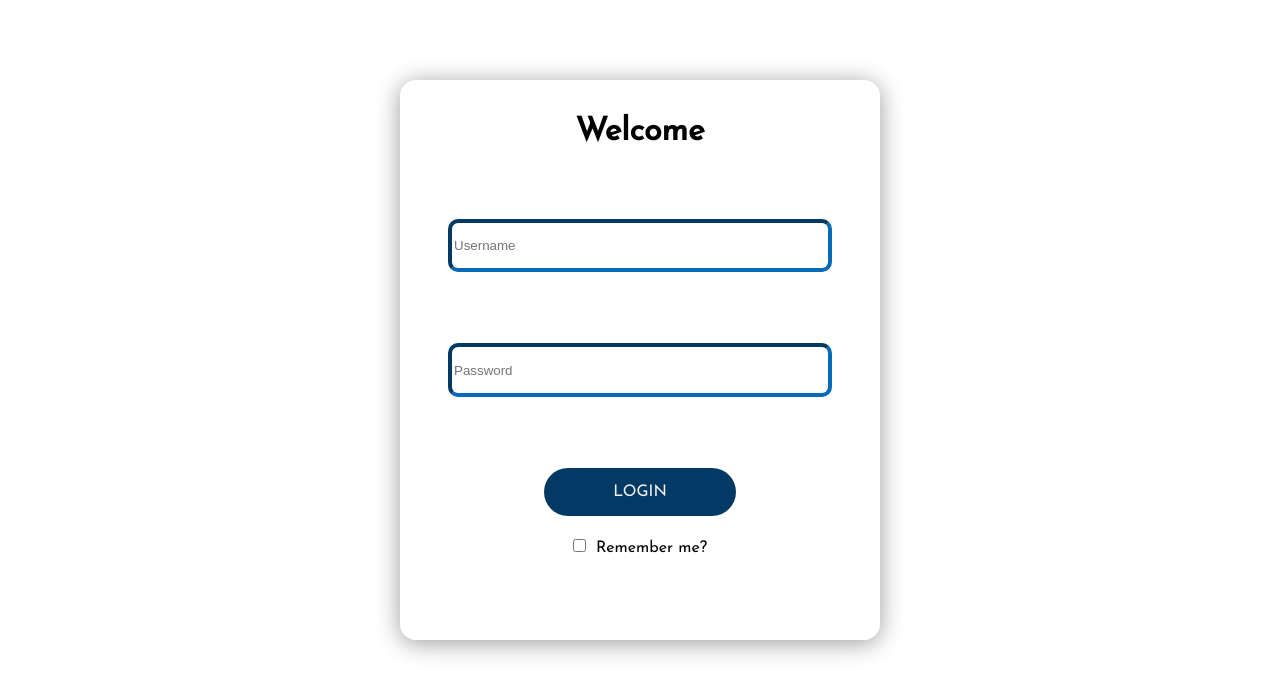
Repository: Tahaa2t/Researchers
Page: /
The author's editor kept a copy of each file at every save. The page is drawn from the files as they stood at one save, then again after the next save.
The browser window is 1280 px wide. The pictures show the whole page.
The project was rebuilt for these pictures with package versions that can differ from the ones it lists, and the page was loaded fresh each time.

Above is the page before, as saved 2023-06-22 00:40:28.

### src/App.js
import "./App.css"
import LoginForm from "./Components/loginform"


function App() {
  return (
    <div className="App">
      <LoginForm />
    </div>
  );
}

export default App;

### src/Components/loginform.js
import React from "react"
import "./css/loginstyle.css"

const LoginForm = () => {
  return(
    <div className="page">
      <div className="cover">
        <h1>Welcome</h1>
        <input type="text" placeholder="Username"></input>
        <input type="password" placeholder="Password"></input>
        <div className="login-btn">LOGIN</div>
        <div className="check-btn">
          <input type="checkbox"></input>
          <p>Remember me?</p>
        </div>
      </div>
    </div>
  )
}

export default LoginForm

### src/Components/css/loginstyle.css
@import url('https://fonts.googleapis.com/css?family=Josefin+Sans');


/* notes

---centering something---
display: flex;
  justify-content: center;
  align-items: center;

*/


* {
  margin: 0;
  box-sizing: border-box;
}

.page {
  height: 100vh;
  width: 100%;
  display: flex;
  justify-content: center;
  align-items: center;
  font-family: 'Josefin Sans', cursive;
}

.cover {
  background-color: white;
  width: 30em;
  height: 35em;
  position: relative;
  border-radius: 1em;
  box-shadow: 0 0.188em 1.5em rgb(156, 156, 156);
  display: flex;
  flex-direction: column;
  align-items: center;
justify-content: space-around;

}

input[type=text]{
  border-color: rgb(6, 106, 183);
  border-radius: 10px 10px 10px 10px;
  border-width: 0.35em;
  box-decoration-break: slice;
  /* outline-color: rgb(6, 106, 183); */
  height: 4em;
  width: 80%;
}


input[type=password]{
  border-color: rgb(6, 106, 183);
  border-radius: 10px 10px 10px 10px;
  border-width: 0.35em;
  /* outline-color: rgb(6, 106, 183); */
  height: 4em;
  width: 80%;
}

.login-btn {
  width: 40%;
  height: 3em;
  background-color: rgb(3, 58, 101);
  color: rgb(243, 243, 243);
  display: flex;
  justify-content: center;
  align-items: center;
  transition: 0.5s;
  border: rgb(3, 58, 101);
  border-radius: 50px 50px 50px 50px;
  cursor: pointer;
}
.login-btn:hover {
  transform: scale(1.15);
}

.check-btn {
  position: relative;
  bottom: 3em;
}

.check-btn input {
  display:inline-block;
  margin-right:10px;
}
.check-btn p {
  display:inline-block;
}

Loaded but not shown: public/index.html (common file); src/index.js (common file); src/index.css (common file); src/reportWebVitals.js (common file); src/App.css (common file)

After the next save:
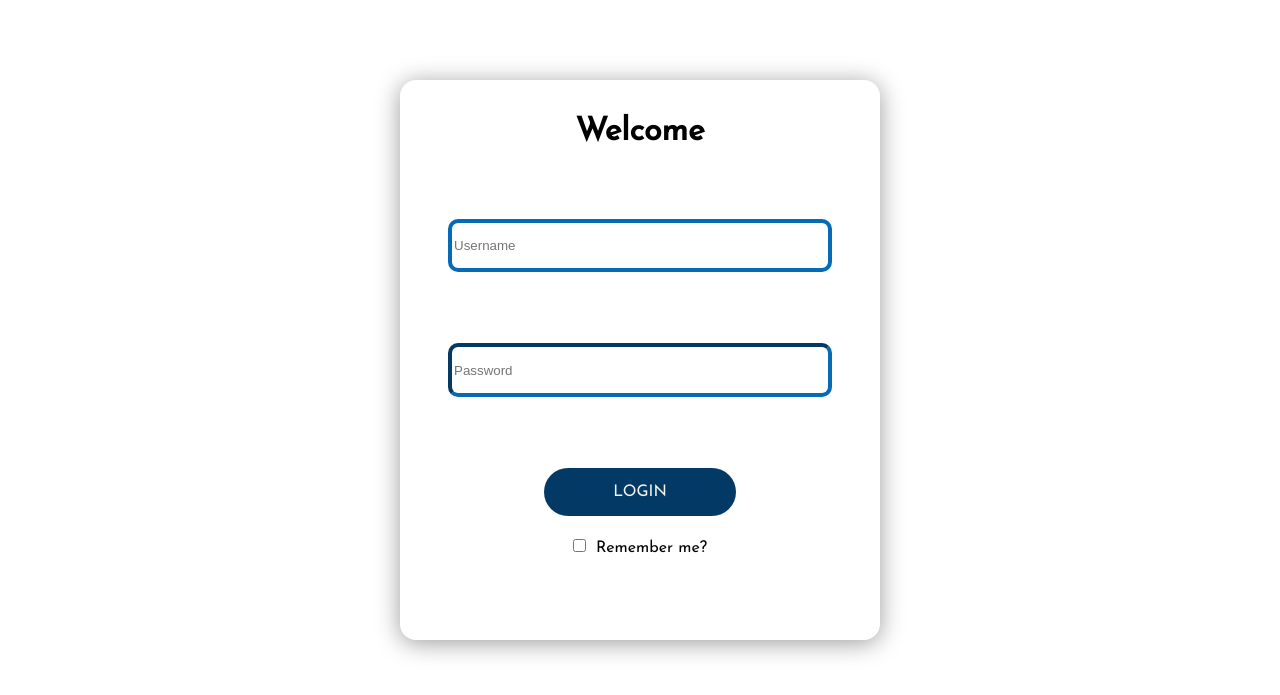
Saved 19 s later.
--- a/src/Components/css/loginstyle.css
+++ b/src/Components/css/loginstyle.css
@@ -43,7 +43,7 @@ input[type=text]{
   border-color: rgb(6, 106, 183);
   border-radius: 10px 10px 10px 10px;
   border-width: 0.35em;
-  box-decoration-break: slice;
+  border-style: solid;
   /* outline-color: rgb(6, 106, 183); */
   height: 4em;
   width: 80%;
